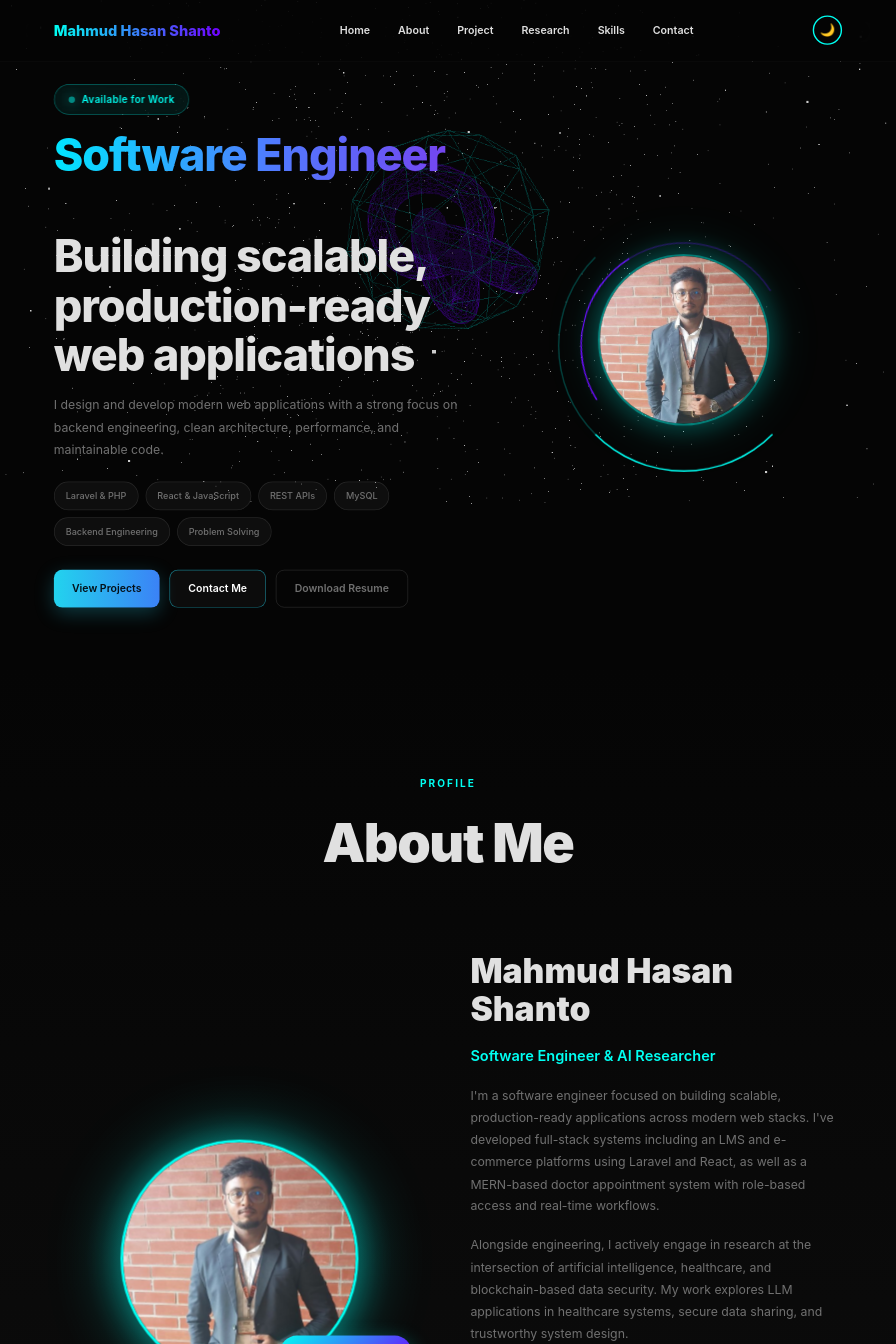
Repository: CoderShanto/Portfolio-Website
Page: index.html
An editor plug-in stored every save of this project. The page is shown before and after the next save, followed by the edit.
The browser window is 1280 px wide. The pictures show the part of the page from y = 0 to 1920 px (the page is 7647 px tall before and 7926 px after), at 70% of full size.

Above is the page before, as saved 2026-03-31 03:50:46.

### index.html
<!DOCTYPE html>
<html lang="en">

<head>
    <meta charset="UTF-8">
    <meta name="viewport" content="width=device-width, initial-scale=1.0">
    <title>Mahmud Hasan Shanto - Portfolio</title>
    <link rel="stylesheet" href="style.css">
</head>

<body data-theme="dark">

    <canvas id="bg-canvas"></canvas>

    <nav>
        <div class="logo">Mahmud Hasan Shanto</div>
        <ul class="menu">
            <li><a href="#home">Home</a></li>
            <li><a href="#about">About</a></li>
            <li><a href="#work">Project</a></li>
            <li><a href="#research">Research</a></li>
            <li><a href="#skills">Skills</a></li>
            <li><a href="#contact">Contact</a></li>
        </ul>
        <button class="theme-toggle" onclick="switchTheme()">🌙</button>
    </nav>

    <!-- ─── HERO ─── -->
    <section class="hero" id="home">
        <div class="hero-container">

            <!-- LEFT: text -->
            <div class="hero-left">
                <p class="hero-badge">
                    <span class="badge-dot"></span> Available for Work
                </p>

                <h1 class="hero-title">
                    <span class="gradient-text">Software Engineer</span><br>
                    Building scalable, production-ready web applications
                </h1>

                <p class="hero-description">
                    I design and develop modern web applications with a strong focus on backend
                    engineering, clean architecture, performance, and maintainable code.
                </p>

                <div class="hero-tags">
                    <span>Laravel & PHP</span>
                    <span>React & JavaScript</span>
                    <span>REST APIs</span>
                    <span>MySQL</span>
                    <span>Backend Engineering</span>
                    <span>Problem Solving</span>
                </div>

                <div class="hero-buttons">
                    <a href="#work" class="btn btn-primary">View Projects</a>
                    <a href="#contact" class="btn btn-secondary">Contact Me</a>
                    <a href="./mahmud-hasan-shanto-cv.pdf" class="btn btn-outline"
                        download="Mahmud_Hasan_Shanto_CV.pdf">
                        Download Resume
                    </a>
                </div>
            </div>

            <!-- RIGHT: profile image -->
            <div class="hero-right">
                <div class="hero-img-wrapper">
                    <div class="hero-img-ring hero-img-ring--outer"></div>
                    <div class="hero-img-ring hero-img-ring--inner"></div>
                    <img src="assets/ss.jpg" alt="Mahmud Hasan Shanto" class="hero-profile-img">
                    <div class="hero-img-glow"></div>
                </div>
            </div>

        </div>
    </section>

    <!-- ─── ABOUT ─── -->
    <section id="about">
        <div class="section-top reveal">
            <div class="section-label">Profile</div>
            <h2 class="section-heading">About Me</h2>
        </div>
        <div class="profile-container reveal">
            <div class="profile-image-container">
                <img src="assets/ss.jpg" alt="Mahmud Hasan Shanto" class="profile-image">
                <div class="profile-badge">Available for Work</div>
            </div>
            <div class="profile-content">
                <h3 class="profile-title">Mahmud Hasan Shanto</h3>
                <div class="profile-subtitle">Software Engineer & AI Researcher</div>
                <p class="profile-description">
                    I'm a software engineer focused on building scalable, production-ready applications
                    across modern web stacks. I've developed full-stack systems including an LMS and
                    e-commerce platforms using Laravel and React, as well as a MERN-based doctor
                    appointment system with role-based access and real-time workflows.
                </p>
                <p class="profile-description">
                    Alongside engineering, I actively engage in research at the intersection of
                    artificial intelligence, healthcare, and blockchain-based data security. My work
                    explores LLM applications in healthcare systems, secure data sharing, and
                    trustworthy system design.
                </p>
                <div class="profile-stats">
                    <div class="stat-card">
                        <div class="stat-number">2+</div>
                        <div class="stat-label">Years Experience</div>
                    </div>
                    <div class="stat-card">
                        <div class="stat-number">3+</div>
                        <div class="stat-label">Research Papers</div>
                    </div>
                    <div class="stat-card">
                        <div class="stat-number">10+</div>
                        <div class="stat-label">Projects Built</div>
                    </div>
                    <div class="stat-card">
                        <div class="stat-number">8+</div>
                        <div class="stat-label">Technologies</div>
                    </div>
                </div>
            </div>
        </div>
    </section>

    <!-- ─── PROJECTS ─── -->
    <section id="work">
        <div class="section-top reveal">
            <div class="section-label">Portfolio</div>
            <h2 class="section-heading">Latest Projects</h2>
        </div>
        <div class="grid">

            <div class="card reveal">
                <div class="card-visual">
                    <img src="assets/s.jpg" alt="DocScheduler Project" class="card-img">
                </div>
                <div class="card-body">
                    <h3>DocScheduler – Appointment Management System</h3>
                    <p class="card-desc">Smart doctor appointment system with scheduling automation, role-based
                        dashboards and scalable backend architecture.</p>
                    <div class="tags">
                        <span class="tag">MongoDB</span>
                        <span class="tag">Express.js</span>
                        <span class="tag">React.js</span>
                        <span class="tag">Node.js</span>
                    </div>
                    <div class="card-actions">
                        <a href="https://docscheduler-appointment-management-68ha.onrender.com/" target="_blank"
                            class="card-btn card-btn--primary">Live</a>
                        <a href="https://github.com/CoderShanto/DocScheduler-Appointment-Management-System"
                            target="_blank" class="card-btn card-btn--ghost">Code</a>
                    </div>
                </div>
            </div>

            <div class="card reveal">
                <div class="card-visual">
                    <img src="assets/e.jpg" alt="LearnHub Project" class="card-img">
                </div>
                <div class="card-body">
                    <h3>LearnHub – E-Learning Platform</h3>
                    <p>Interactive e-learning platform with personalized learning paths, real-time collaboration tools,
                        and a scalable backend architecture.</p>
                    <div class="tags">
                        <span class="tag">MySQL</span>
                        <span class="tag">Laravel</span>
                        <span class="tag">React</span>
                    </div>
                    <div class="card-actions">
                        <a href="https://edu-verse-inky.vercel.app/" target="_blank"
                            class="card-btn card-btn--primary">Live</a>
                        <a href="https://github.com/CoderShanto/EduVerse/tree/main" target="_blank"
                            class="card-btn card-btn--ghost">Code</a>
                    </div>
                </div>
            </div>

            <div class="card reveal">
                <div class="card-visual">
                    <img src="assets/assetflow.png" alt="AssetFlow Management System" class="card-img">
                </div>
                <div class="card-body">
                    <h3>AssetFlow – Asset Management System</h3>
                    <p>Full-stack asset management system with role-based access, secure JWT authentication, and
                        real-time dashboard analytics.</p>
                    <div class="tags">
                        <span class="tag">Spring Boot</span>
                        <span class="tag">PostgreSQL</span>
                        <span class="tag">React</span>
                        <span class="tag">JWT</span>
                    </div>
                    <div class="card-actions">
                        <a href="https://assetflow-management-system.vercel.app/" target="_blank"
                            class="card-btn card-btn--primary">Live</a>
                        <a href="https://github.com/CoderShanto/assetflow-management-system" target="_blank"
                            class="card-btn card-btn--ghost">Code</a>
                    </div>
                </div>
            </div>

            <div class="card reveal">
                <div class="card-visual">
                    <img src="assets/c.jpg" alt="ShopSphere Project" class="card-img">
                </div>
                <div class="card-body">
                    <h3>ShopSphere – E-Commerce Platform</h3>
                    <p>Full-featured e-commerce platform with product management, secure payments, real-time order
                        tracking, and a scalable backend architecture.</p>
                    <div class="tags">
                        <span class="tag">MySQL</span>
                        <span class="tag">Laravel</span>
                        <span class="tag">React</span>
                    </div>
                    <div class="card-actions">
                        <a href="https://laravel-react-ecommerce-brown.vercel.app/" target="_blank"
                            class="card-btn card-btn--primary">Live</a>
                        <a href="https://github.com/CoderShanto/laravel-react-ecommerce" target="_blank"
                            class="card-btn card-btn--ghost">Code</a>
                    </div>
                </div>
            </div>

        </div>
    </section>

    <!-- ─── RESEARCH ─── -->
    <section id="research">
        <div class="section-top reveal">
            <div class="section-label">Publications</div>
            <h2 class="section-heading">Research</h2>
        </div>
        <div class="research-grid">
            <div class="paper reveal">
                <h3>KG-Mamba: Knowledge Graph Driven Mamba Model For Medical Question Answering</h3>
                <p>KG-Mamba introduces a knowledge graph–driven fine-tuning approach for the Mamba architecture to
                    improve medical question answering by enhancing contextual reasoning and reducing hallucinations.
                </p>
            </div>
            <div class="paper reveal">
                <h3>Security and Privacy in Cloud-Based E-Health System Using Advanced Encryption Standard (AES)</h3>
                <p>Proposed a secure cloud-based e-health framework using AES and ECC to ensure efficient encryption,
                    fine-grained access control, and privacy-preserving management of patient health records.</p>
            </div>
            <div class="paper reveal">
                <h3>Blockchain Based Medical Report Encryption</h3>
                <p>Research project on securing electronic health records using blockchain, homomorphic encryption
                    (Paillier), and smart contracts at United International University.</p>
            </div>
        </div>
    </section>

    <!-- ─── SKILLS ─── -->
    <section id="skills">
        <div class="section-top reveal">
            <div class="section-label">Capabilities</div>
            <h2 class="section-heading">Tech Stack</h2>
        </div>
        <div class="skills-grid">
            <div class="skill-card reveal">
                <span class="skill-emoji">⚡</span>
                <h3>Languages</h3>
                <ul>
                    <li>Java</li>
                    <li>JavaScript</li>
                    <li>C / C++</li>
                    <li>PHP</li>
                    <li>Go / Scala</li>
                </ul>
            </div>
            <div class="skill-card reveal">
                <span class="skill-emoji">🚀</span>
                <h3>Frameworks</h3>
                <ul>
                    <li>Laravel</li>
                    <li>React / Next.js</li>
                    <li>TensorFlow / PyTorch</li>
                    <li>Spring / Express</li>
                </ul>
            </div>
            <div class="skill-card reveal">
                <span class="skill-emoji">☁️</span>
                <h3>Cloud & DevOps</h3>
                <ul>
                    <li>AWS</li>
                    <li>Docker / Kubernetes</li>
                    <li>CI/CD Pipelines</li>
                    <li>Cloudinary</li>
                    <li>Monitoring & Logging</li>
                </ul>
            </div>
            <div class="skill-card reveal">
                <span class="skill-emoji">🔬</span>
                <h3>Research</h3>
                <ul>
                    <li>LLM</li>
                    <li>Artificial Intelligence</li>
                    <li>NLP</li>
                    <li>Distributed Systems</li>
                </ul>
            </div>
        </div>
    </section>

    <!-- ─── CONTACT ─── -->
    <section id="contact">
        <div class="contact-box reveal">
            <div class="section-label">Connect</div>
            <h2 class="gradient-text">Let's Build Together</h2>
            <p>Open to collaborations, exciting projects, and innovative ideas. Let's create something extraordinary.
            </p>
            <a href="mailto:mahmudshanto@example.com" class="btn btn-main">Get In Touch</a>
            <div class="socials">
                <a href="https://github.com/CoderShanto" class="social-btn" title="GitHub">💻</a>
                <a href="https://www.linkedin.com/in/md-mahmud-hasan-shanto-614b37224/" class="social-btn"
                    title="LinkedIn">💼</a>
                <a href="https://x.com/hasan_shan18705" class="social-btn" title="X / Twitter">🐦</a>
                <a href="https://leetcode.com/u/sshanto12344321/" class="social-btn" title="LeetCode">📊</a>
            </div>
        </div>
    </section>

    <script src="https://cdnjs.cloudflare.com/ajax/libs/three.js/r128/three.min.js"></script>
    <script>
        /* ── Theme ── */
        function switchTheme() {
            const theme = document.body.getAttribute('data-theme');
            const next = theme === 'dark' ? 'light' : 'dark';
            document.body.setAttribute('data-theme', next);
            document.querySelector('.theme-toggle').textContent = next === 'dark' ? '🌙' : '☀️';
        }

        /* ── Smooth Scroll ── */
        document.querySelectorAll('a[href^="#"]').forEach(link => {
            link.addEventListener('click', e => {
                e.preventDefault();
                const t = document.querySelector(link.getAttribute('href'));
                if (t) t.scrollIntoView({ behavior: 'smooth' });
            });
        });

        /* ── Three.js Background ── */
        const canvas = document.getElementById('bg-canvas');
        const scene = new THREE.Scene();
        const camera = new THREE.PerspectiveCamera(75, window.innerWidth / window.innerHeight, 0.1, 1000);
        const renderer = new THREE.WebGLRenderer({ canvas, alpha: true });
        renderer.setSize(window.innerWidth, window.innerHeight);
        camera.position.z = 50;

        const icoGeo = new THREE.IcosahedronGeometry(15, 1);
        const icoMat = new THREE.MeshBasicMaterial({ color: 0x00fff2, wireframe: true, transparent: true, opacity: 0.12 });
        const ico = new THREE.Mesh(icoGeo, icoMat);
        scene.add(ico);

        const torusGeo = new THREE.TorusKnotGeometry(8, 2, 100, 16);
        const torusMat = new THREE.MeshBasicMaterial({ color: 0x7000ff, wireframe: true, transparent: true, opacity: 0.09 });
        const torus = new THREE.Mesh(torusGeo, torusMat);
        scene.add(torus);

        const starsGeo = new THREE.BufferGeometry();
        const starCount = 3000;
        const positions = new Float32Array(starCount * 3);
        for (let i = 0; i < starCount * 3; i++) positions[i] = (Math.random() - 0.5) * 200;
        starsGeo.setAttribute('position', new THREE.BufferAttribute(positions, 3));
        const starsMat = new THREE.PointsMaterial({ color: 0xffffff, size: 0.15, transparent: true, opacity: 0.8 });
        const stars = new THREE.Points(starsGeo, starsMat);
        scene.add(stars);

        let time = 0;
        function animate() {
            requestAnimationFrame(animate);
            time += 0.01;
            ico.rotation.x += 0.002; ico.rotation.y += 0.003;
            torus.rotation.x += 0.003; torus.rotation.y -= 0.002; torus.rotation.z += 0.001;
            ico.position.y = Math.sin(time * 0.5) * 3;
            torus.position.y = Math.cos(time * 0.5) * 2;
            stars.rotation.y += 0.0002; stars.rotation.x += 0.0001;
            renderer.render(scene, camera);
        }
        animate();

        window.addEventListener('resize', () => {
            camera.aspect = window.innerWidth / window.innerHeight;
            camera.updateProjectionMatrix();
            renderer.setSize(window.innerWidth, window.innerHeight);
        });

        /* ── Scroll Reveal ── */
        const revealObserver = new IntersectionObserver(entries => {
            entries.forEach(e => { if (e.isIntersecting) e.target.classList.add('show'); });
        }, { threshold: 0.1 });
        document.querySelectorAll('.reveal').forEach(el => revealObserver.observe(el));
    </script>
</body>

</html>

Loaded but not shown: style.css (901 lines, source omitted)

After the next save:
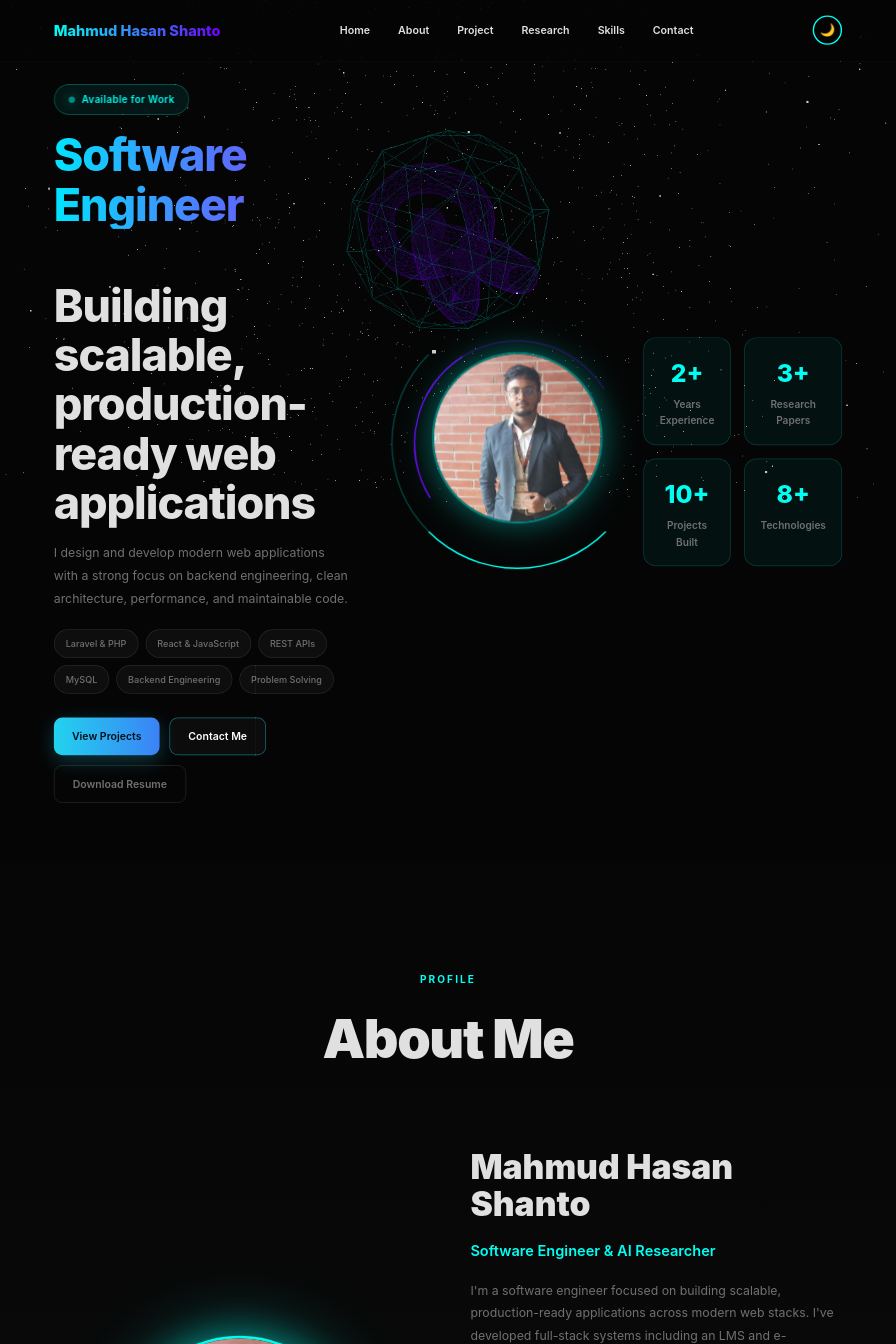
Saved 85 s later.
--- a/index.html
+++ b/index.html
@@ -74,6 +74,24 @@
                 </div>
             </div>
 
+        </div>
+        <div class="profile-stats">
+            <div class="stat-card">
+                <div class="stat-number">2+</div>
+                <div class="stat-label">Years Experience</div>
+            </div>
+            <div class="stat-card">
+                <div class="stat-number">3+</div>
+                <div class="stat-label">Research Papers</div>
+            </div>
+            <div class="stat-card">
+                <div class="stat-number">10+</div>
+                <div class="stat-label">Projects Built</div>
+            </div>
+            <div class="stat-card">
+                <div class="stat-number">8+</div>
+                <div class="stat-label">Technologies</div>
+            </div>
         </div>
     </section>
 
